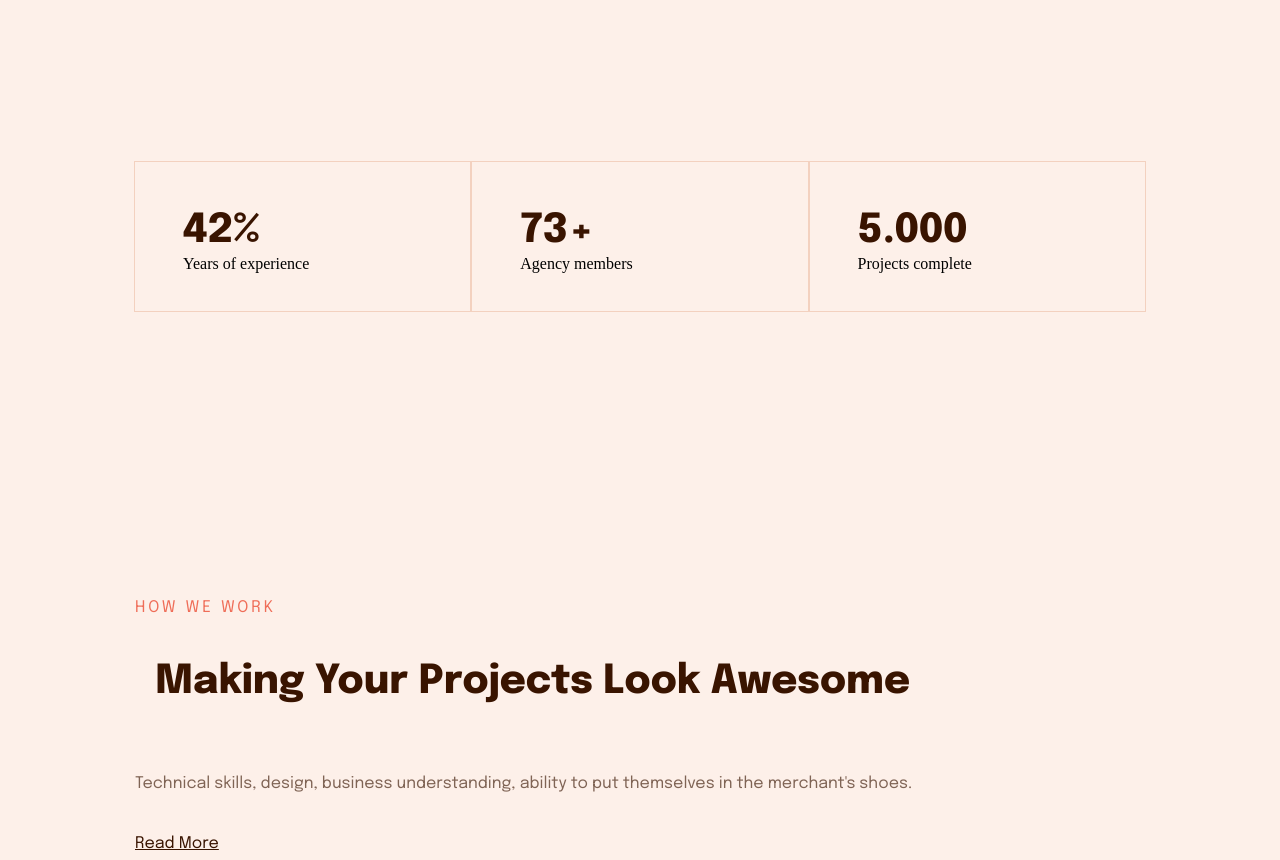
Repository: MehdiKerimov/Figma-task-7
Page: index.html
These files come from the project's save history. The page is drawn as it stood at one moment and after the next save; the edit follows.
The browser window is 1280 px wide. The pictures show the whole page.

Above is the page before, as saved 2023-08-30 12:07:10.

After the next save:
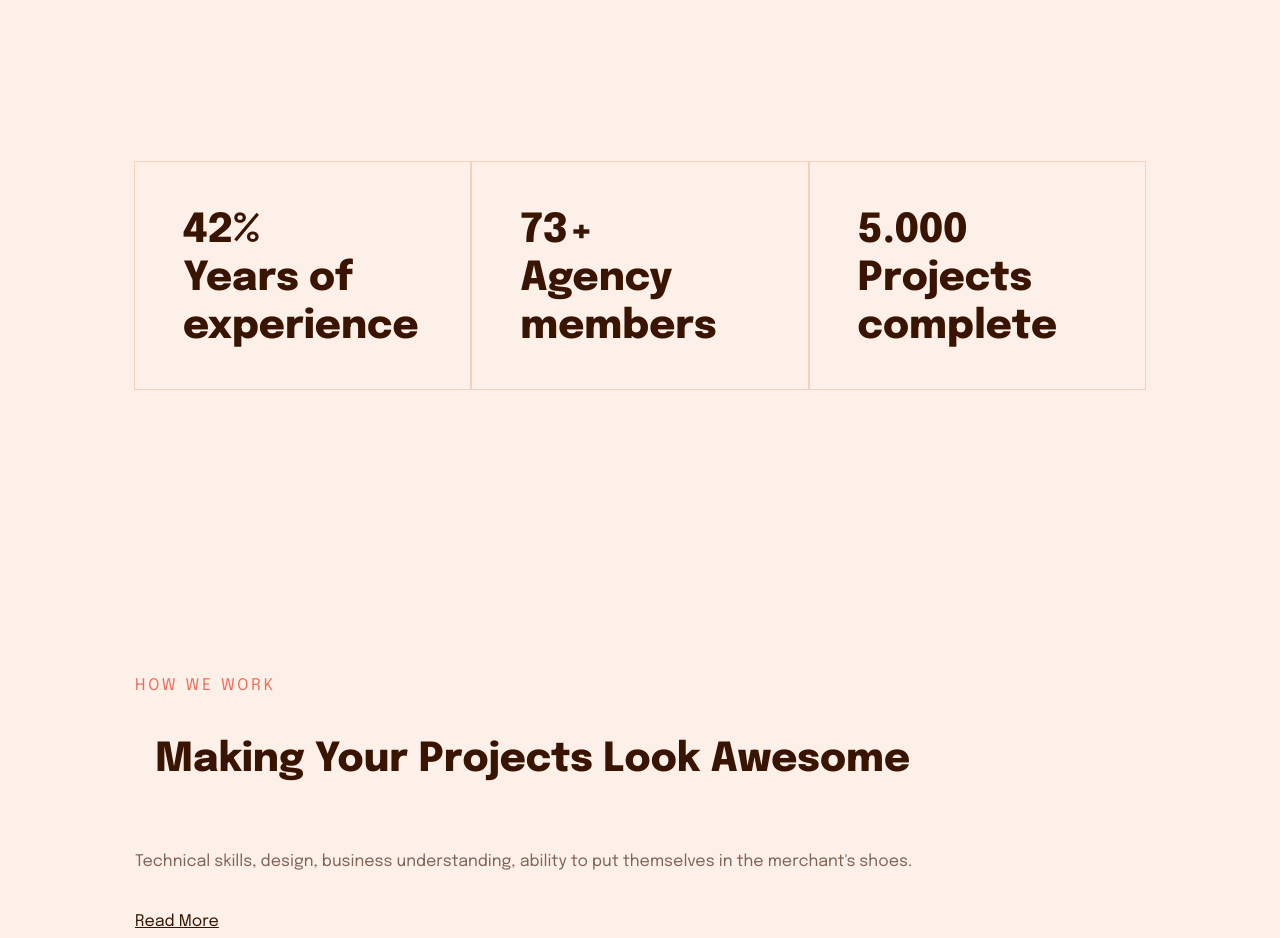
Saved 7 s later.
--- a/index.css
+++ b/index.css
@@ -35,7 +35,15 @@
     font-weight: 800;
     line-height: 48px;
 }
-.container
+.container-1 ul li p{
+    color: var(--text-dark, #391400);
+    font-feature-settings: "clig" off, "liga" off;
+    font-family: Epilogue;
+    font-size: 40px;
+    font-style: normal;
+    font-weight: 800;
+    line-height: 48px;
+}
 .container-1 .box-1 li h1 {
   padding: 45px 0px 13px 48px;
 
